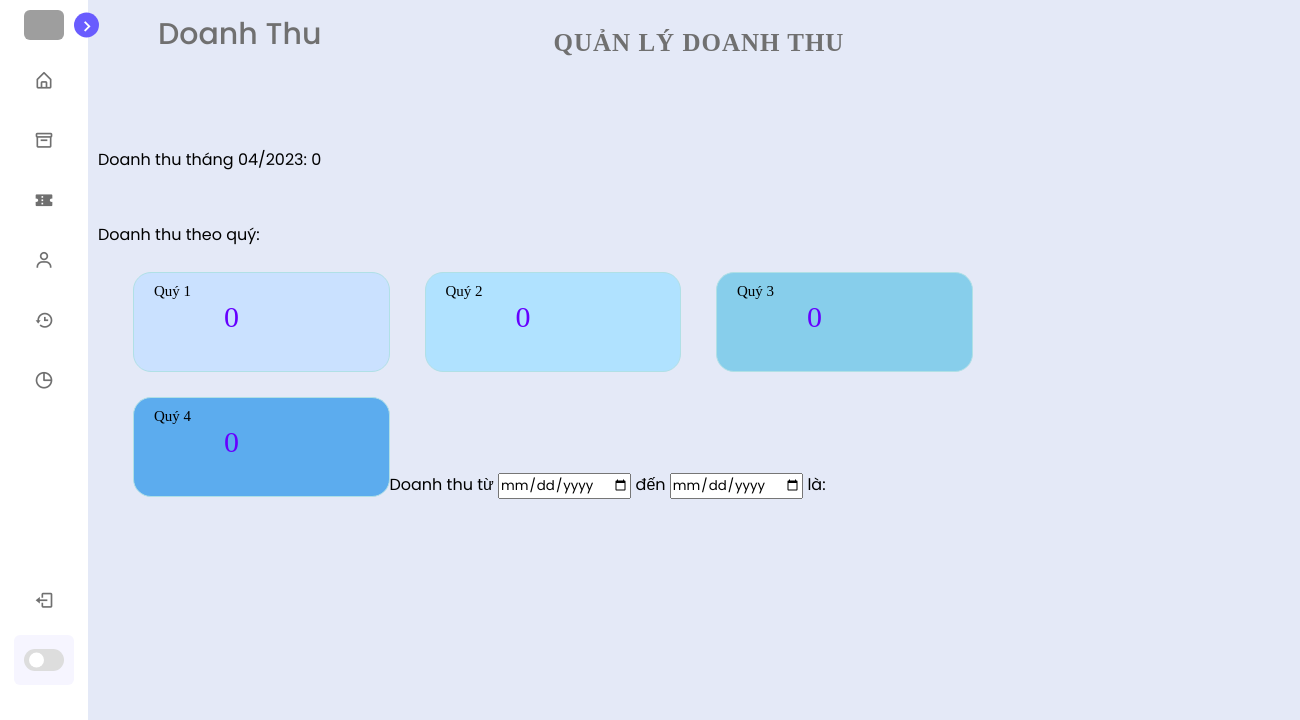
Repository: JeffDaveHudson/CapstoneProject
Page: http://localhost/CapstoneProject/revenue
The author's editor kept a copy of each file at every save. The page is drawn from the files as they stood at one save, then again after the next save.
The browser window is 1280 px wide. The page is 1300 px wide, so the pictures cover 1300 px, including what lies to the right of the window. The pictures show the whole page.
Pictures or frames that could not be fetched are drawn as grey boxes. The page is served by Tomcat 9. Queries for data that is not in the repository find no rows.

Above is the page before, as saved 2023-06-14 04:13:09.

After the next save:
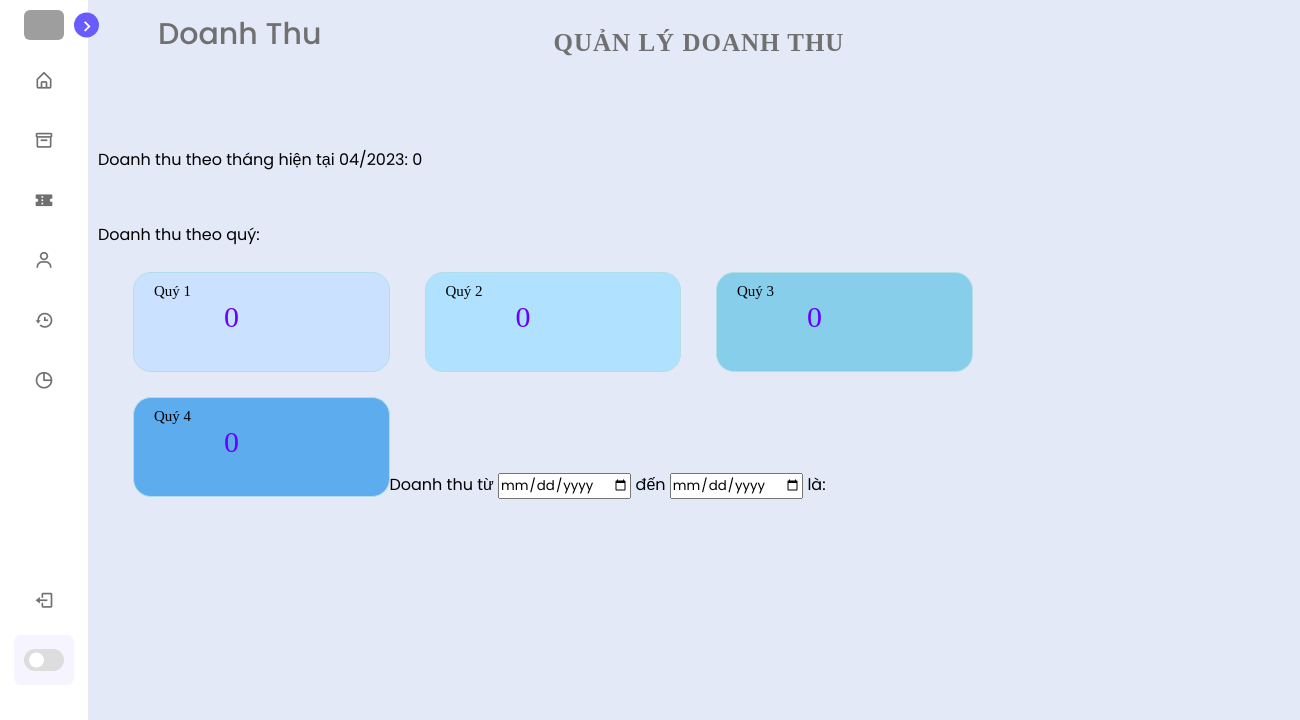
Saved 3 min 15 s later.
--- a/CapstoneProject/src/main/webapp/admin/Revenue.jsp
+++ b/CapstoneProject/src/main/webapp/admin/Revenue.jsp
@@ -65,7 +65,7 @@
 		<%  DateTimeFormatter dtf = DateTimeFormatter.ofPattern("MM/yyyy");
 		 	LocalDateTime now = LocalDateTime.now();
 		 	String date = dtf.format(now).toString(); %>
-        Doanh thu tháng <%=date %>:   ${revenueByMonth }
+        Doanh thu theo tháng hiện tại <%=date %>:   ${revenueByMonth }
 
 
         <br> <br> <br>
